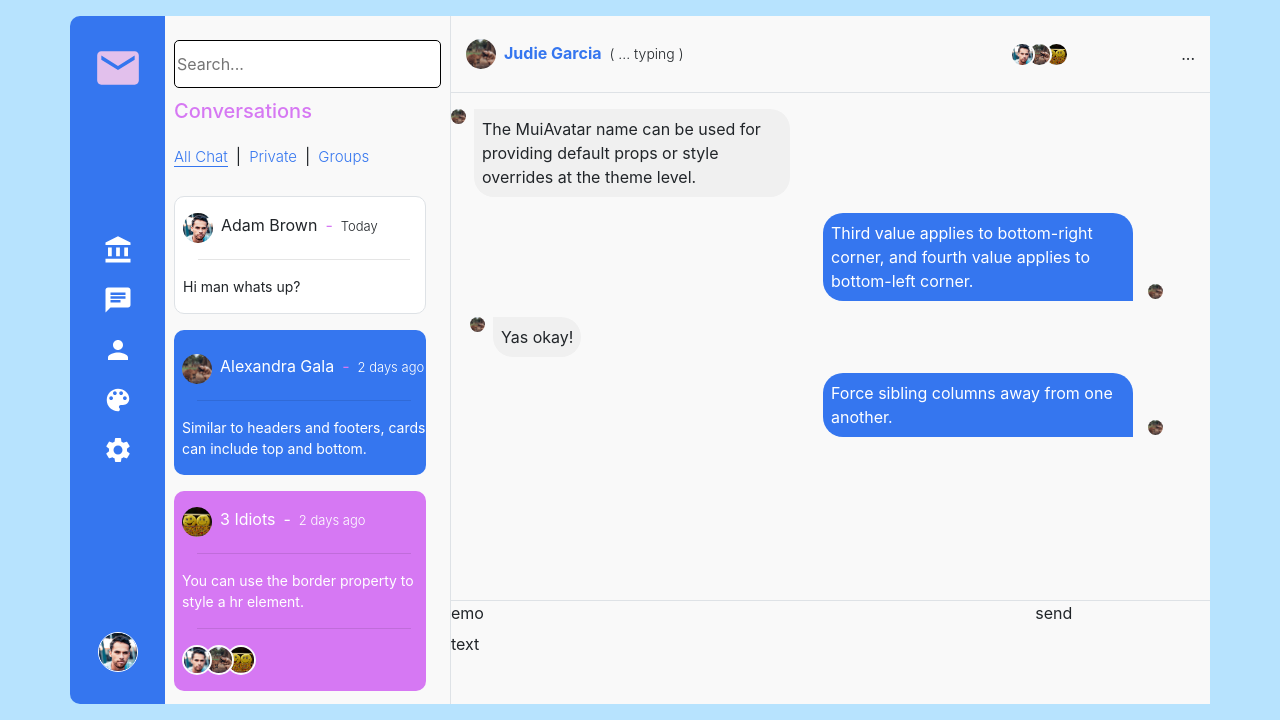
Repository: arafat877/super-chat
Page: /
The author's editor kept a copy of each file at every save. The page is drawn from the files as they stood at one save, then again after the next save.
The browser window is 1280 px wide. The pictures show the whole page.
The project was rebuilt for these pictures with package versions that can differ from the ones it lists, and the page was loaded fresh each time.

Above is the page before, as saved 2020-08-07 02:28:29.

### public/index.html
<!DOCTYPE html>
<html lang="en">
  <head>
    <meta charset="utf-8" />
    <meta name="viewport" content="width=device-width, initial-scale=1" />
    <meta name="theme-color" content="#000000" />
    <meta
      name="description"
      content="Chat application with node.js, express, react.js, mongoDb and socket.io"
    />
    <link rel="stylesheet" href="styles.css" />
    <link
      rel="stylesheet"
      href="https://maxcdn.bootstrapcdn.com/bootstrap/4.5.0/css/bootstrap.min.css"
      integrity="sha384-9aIt2nRpC12Uk9gS9baDl411NQApFmC26EwAOH8WgZl5MYYxFfc+NcPb1dKGj7Sk"
      crossorigin="anonymous"
    />
    <link
      href="https://fonts.googleapis.com/css2?family=Roboto:wght@100;300;400;500;700;900&display=swap"
      rel="stylesheet"
    />

    <title>Super Chat</title>
  </head>
  <body>
    <noscript>You need to enable JavaScript to run this app.</noscript>
    <div id="root"></div>
  </body>
</html>

### src/App.js
import React from "react";
import "./App.scss";
import {
  Email,
  Chat,
  Person,
  Settings,
  Palette,
  AccountBalance,
} from "@material-ui/icons";

import { Avatar } from "@material-ui/core";
import { AvatarGroup } from "@material-ui/lab";

function App() {
  return (
    <div className="appContainer vh-100 d-flex">
      <div className="container mt-3 mb-3 appWrapper">
        <div className="row h-100">
          <div className="col-1 d-none d-sm-none d-md-block container h-100 firstCol">
            <div className="row logoRow justify-content-center">
              <Email className="m-auto logo" />
            </div>
            <div className="row menuRow">
              <ul className="menuList m-auto p-0">
                <li className="menuItem">
                  <AccountBalance className="menuItemIcon" />
                </li>
                <li className="menuItem">
                  <Chat className="menuItemIcon" />
                </li>
                <li className="menuItem">
                  <Person className="menuItemIcon" />
                </li>
                <li className="menuItem">
                  <Palette className="menuItemIcon" />
                </li>
                <li className="menuItem">
                  <Settings className="menuItemIcon" />
                </li>
              </ul>
            </div>
            <div className="row photoRow justify-content-center">
              <img
                className="m-auto profilePhoto"
                src={require("./assets/m1.jpeg")}
                alt="profile"
              />
            </div>
          </div>
          <div className="col-3 container h-100 secondCol p-4">
            <div className="row searchRow">
              <input className="searchInput" placeholder="Search..." />
            </div>
            <div className="row convRow mt-2">
              <span className="convSpan">Conversations</span>
            </div>
            <div className="row selectRow mb-1">
              <ul className="selectionList pl-0">
                <li
                  className="selectionListItem d-inline mr-2"
                  style={{ borderBottom: "solid 0.05px #3576ef" }}
                >
                  All Chat
                </li>
                |
                <li className="selectionListItem d-inline mr-2 ml-2">
                  Private
                </li>
                |
                <li className="selectionListItem d-inline mr-2 ml-2">Groups</li>
              </ul>
            </div>
            <div className="row groupsRow">
              <div className="container">
                <div className="row convCard pt-3 pb-3 pl-2 mt-3">
                  <div className="container">
                    <div className="row">
                      <img
                        className="userProfilePicture"
                        src={require("./assets/m1.jpeg")}
                        alt="User Profile"
                      />
                      <span className="userName ml-2">Adam Brown</span>
                      <span className="dash ml-2">-</span>
                      <span className="chatDate ml-2 mt-1">Today</span>
                    </div>
                    <hr></hr>
                    <div className="row">
                      <span className="text">Hi man whats up?</span>
                    </div>
                  </div>
                </div>

                <div className="row convCardHot pt-4 pb-3 pl-2 mt-3">
                  <div className="container">
                    <div className="row">
                      <img
                        className="userProfilePicture"
                        src={require("./assets/f1.jpeg")}
                        alt="User Profile"
                      />
                      <span className="userName ml-2">Alexandra Gala</span>
                      <span className="dash ml-2">-</span>
                      <span className="chatDate ml-2 mt-1">2 days ago</span>
                    </div>
                    <hr></hr>
                    <div className="row">
                      <span className="text">
                        Similar to headers and footers, cards can include top
                        and bottom.
                      </span>
                    </div>
                  </div>
                </div>

                <div className="row convCardGroup pt-3 pb-3 pl-2 mt-3">
                  <div className="container">
                    <div className="row">
                      <img
                        className="userProfilePicture"
                        src={require("./assets/g1.jpeg")}
                        alt="User Profile"
                      />
                      <span className="userName ml-2">3 Idiots</span>
                      <span className="dash ml-2">-</span>
                      <span className="chatDate ml-2 mt-1">2 days ago</span>
                    </div>
                    <hr></hr>
                    <div className="row">
                      <span className="text">
                        You can use the border property to style a hr element.
                      </span>
                    </div>
                    <hr></hr>
                    <div className="row">
                      <AvatarGroup max={3} className="mr-4">
                        <Avatar
                          alt="Remy Sharp"
                          className="avatar"
                          src={require("./assets/m1.jpeg")}
                        />
                        <Avatar
                          alt="Travis Howard"
                          className="avatar"
                          src={require("./assets/f1.jpeg")}
                        />
                        <Avatar
                          alt="Cindy Baker"
                          className="avatar"
                          src={require("./assets/g1.jpeg")}
                        />
                      </AvatarGroup>
                    </div>
                  </div>
                </div>
              </div>
            </div>
          </div>
          <div className="col-8 container h-100 thirdCol">
            <div className="row chatInfo">
              <div className="col-6 m-auto">
                <img
                  className="infoUserPicture"
                  src={require("./assets/f1.jpeg")}
                  alt="User Profile"
                />
                <span className="infoUserName ml-2">Judie Garcia</span>
                <span className="infoTyping ml-2">( ... typing )</span>
              </div>
              <div className="col-4 mt-auto mb-auto justify-content-right infoGroup">
                <AvatarGroup max={3} className="float-right">
                  <Avatar
                    alt="Remy Sharp"
                    className="avatar"
                    src={require("./assets/m1.jpeg")}
                  />
                  <Avatar
                    alt="Travis Howard"
                    className="avatar"
                    src={require("./assets/f1.jpeg")}
                  />
                  <Avatar
                    alt="Cindy Baker"
                    className="avatar"
                    src={require("./assets/g1.jpeg")}
                  />
                </AvatarGroup>
              </div>
              <div className="col-2 m-auto">
                <span className="float-right">...</span>
              </div>
            </div>
            <div className="row chatMessages">
              <div className="container">
                {/* MessageRow */}
                <div className="row messageRow mt-3">
                    <img
                      className="messageUserProfilePicture mb-auto mr-2"
                      src={require("./assets/f1.jpeg")}
                      alt="User Profile"
                    />
                  <div className="col-5 text p-2">
                    The MuiAvatar name can be used for providing default props
                    or style overrides at the theme level.
                  </div>
                </div>

                {/* MessageRow Owner*/}
                <div className="row messageRowOwner mr-0 mt-3">
                  <div className="col-5 offset-6 text p-2">
                    Third value applies to bottom-right corner, and fourth value
                    applies to bottom-left corner.
                  </div>
                  <div className="col-1 mt-auto float-right">
                    <img
                      className="messageUserProfilePicture "
                      src={require("./assets/f1.jpeg")}
                      alt="User Profile"
                    />
                  </div>
                </div>
                {/* MessageRow */}
                <div className="row messageRow ml-1 mt-3">
                  <img
                    className="messageUserProfilePicture mb-auto mr-2"
                    src={require("./assets/f1.jpeg")}
                    alt="User Profile"
                  />
                  <div className="text p-2">Yas okay!</div>
                </div>
                {/* MessageRow */}
                <div className="row messageRowOwner mr-0 mt-3">
                  <div className="col-5 offset-6 text p-2">
                    Force sibling columns away from one another.
                  </div>
                  <div className="col-1 mt-auto float-right">
                    <img
                      className="messageUserProfilePicture "
                      src={require("./assets/f1.jpeg")}
                      alt="User Profile"
                    />
                  </div>
                </div>
                {/* MessageRow */}
              </div>
            </div>
            <div className="row chatInput">
              <div className="col-md-9 container">
                <div className="row inputEmoji">emo</div>
                <div className="row inputText">text</div>
              </div>
              <div className="col-md-3">send</div>
            </div>
          </div>
        </div>
      </div>
    </div>
  );
}

export default App;

### src/App.scss
.appContainer {
  background-color: #b7e3fe;

  .appWrapper {
    background-color: #3576ef;
    border-radius: 10px;

    .firstCol {
      .logoRow {
        height: 15%;

        .logo {
          font-size: 50px;
          color: rgb(226, 192, 236);
        }
      }
      .menuRow {
        height: 70%;

        .menuList {
          list-style: none;

          .menuItem {
            margin-bottom: 20px;

            .menuItemIcon {
              font-size: 30px;
              color: white;
            }
          }
        }
      }
      .photoRow {
        height: 15%;

        .profilePhoto {
          height: 40px;
          width: 40px;
          border: solid thin white;
          border-radius: 50%;
          object-fit: cover;
        }
      }
    }

    .secondCol {
      background-color: #f9f9f9;

      .searchRow {
        height: 7.5%;

        .searchInput {
          width: 100%;
          border: solid 0.5px;
          background-color: white;
          border-radius: 5px;

          &:focus {
            outline: none;
          }
        }
      }

      .convRow {
        height: 7.5%;

        .convSpan {
          font-weight: 500;
          font-size: 20px;
          color: rgb(214, 120, 243);
        }
      }
      .selectRow {
        height: 5%;

        .selectionList {
          list-style: none;

          .selectionListItem {
            font-weight: 300;
            font-size: 15px;
            color: #3576ef;
          }
        }
      }

      ::-webkit-scrollbar {
        width: 5px;
        height: 5px;
      }

      ::-webkit-scrollbar-track {
        background: white; /* color of the tracking area */
      }

      ::-webkit-scrollbar-thumb {
        background-color: #b5caf0; /* color of the scroll thumb */
        border-radius: 5px; /* roundness of the scroll thumb */
      }

      .groupsRow {
        height: 80%;
        overflow-y: scroll;

        .convCard {
          background-color: white;
          border: solid 0.5px #dee2e6;
          border-radius: 10px;
          margin-right: 0;

          .userProfilePicture {
            height: 30px;
            width: 30px;
            border-radius: 50%;
            object-fit: cover;
          }

          .userName {
            // color: white;
          }

          .dash {
            color: rgb(214, 120, 243);
          }

          .chatDate {
            // color: white;
            font-size: 13px;
            font-weight: 300;
          }

          .text {
            // color: white;
            font-size: 14px;
          }
        }

        .convCardHot {
          background-color: #3576ef;
          border-radius: 10px;
          margin-right: 0;

          .userProfilePicture {
            height: 30px;
            width: 30px;
            border-radius: 50%;
            object-fit: cover;
          }

          .userName {
            color: white;
          }

          .dash {
            color: rgb(214, 120, 243);
          }

          .chatDate {
            color: white;
            font-size: 13px;
            font-weight: 300;
          }

          .hr {
            border-color: rgb(214, 120, 243);
            margin-bottom: 5px;
          }

          .text {
            color: white;
            font-size: 14px;
          }
        }

        .convCardGroup {
          background-color: rgb(214, 120, 243);
          border-radius: 10px;
          margin-right: 0;

          .userProfilePicture {
            height: 30px;
            width: 30px;
            border-radius: 50%;
            object-fit: cover;
          }

          .userName {
            color: white;
          }

          .dash {
            color: white;
          }

          .chatDate {
            color: white;
            font-size: 13px;
            font-weight: 300;
          }

          .hr {
            border-color: rgb(214, 120, 243);
            margin-bottom: 5px;
          }

          .text {
            color: white;
            font-size: 14px;
          }

          .avatar {
            height: 30px;
            width: 30px;
          }
        }
      }
    }

    .thirdCol {
      background-color: #f9f9f9;
      border-left: solid thin #dee2e6;

      .chatInfo {
        height: 11.25%;
        border-bottom: solid thin #dee2e6;

        .infoUserPicture {
          height: 30px;
          width: 30px;
          border-radius: 50%;
          object-fit: cover;
        }

        .infoUserName {
          color: #3576ef;
          font-weight: 700;
        }

        .infoTyping {
          font-size: 14px;
          font-weight: 300;
        }

        .infoGroup {
          .avatar {
            height: 25px;
            width: 25px;
          }
        }
      }
      .chatMessages {
        height: 73.75%;
        border-bottom: solid thin #dee2e6;

        .messageRow {
          .messageUserProfilePicture {
            height: 15px;
            width: 15px;
            border-radius: 50%;
            object-fit: cover;
          }

          .text {
            background-color: #f0f0f0;
            border-radius: 0px 20px 20px 20px;
          }
        }

        .messageRowOwner {
            .messageUserProfilePicture {
              height: 15px;
              width: 15px;
              border-radius: 50%;
              object-fit: cover;
            }

            .text {
              background-color: #3576ef;
              color: white;
              border-radius: 20px 20px 0px 20px;
            }
          }

      }
      .chatInput {
        height: 15%;

        .inputEmoji {
          height: 30%;
        }
        .inputText {
          height: 70%;
        }
      }
    }
  }
}

Loaded but not shown: src/index.js (common file); public/styles.css (common file)

After the next save:
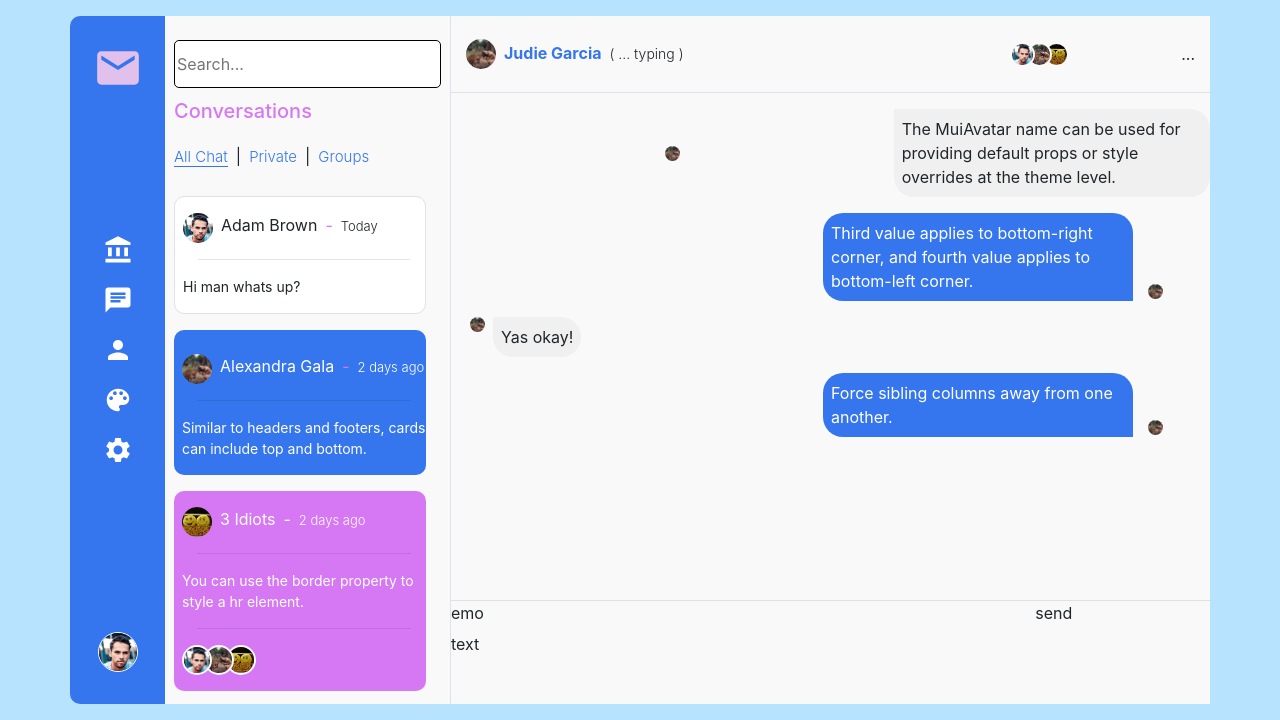
Saved 10 s later.
--- a/src/App.js
+++ b/src/App.js
@@ -196,7 +196,7 @@ function App() {
                 {/* MessageRow */}
                 <div className="row messageRow mt-3">
                     <img
-                      className="messageUserProfilePicture mb-auto mr-2"
+                      className="messageUserProfilePicture m-auto"
                       src={require("./assets/f1.jpeg")}
                       alt="User Profile"
                     />
